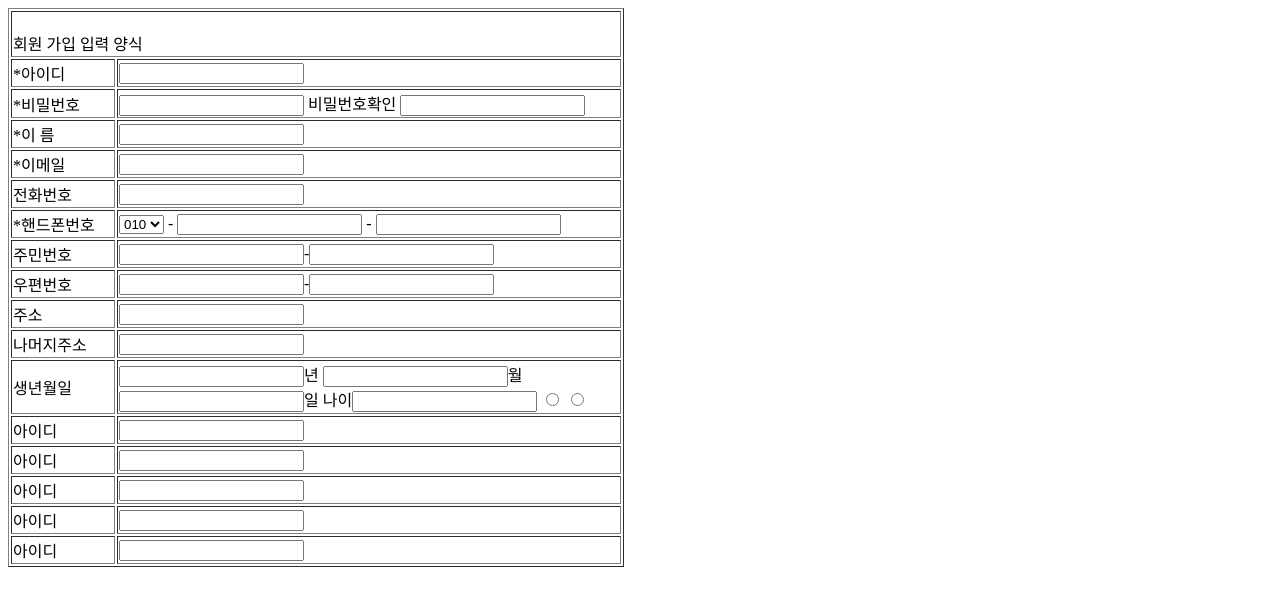
Repository: vkfkstptkd1/WebProgramming
Page: ch3_FormTag/WebContent/In_Form.html
The author's editor kept a copy of each file at every save. The page is drawn from the files as they stood at one save, then again after the next save.
The browser window is 1280 px wide. The pictures show the whole page.

Above is the page before, as saved 2021-03-20 04:19:14.

After the next save:
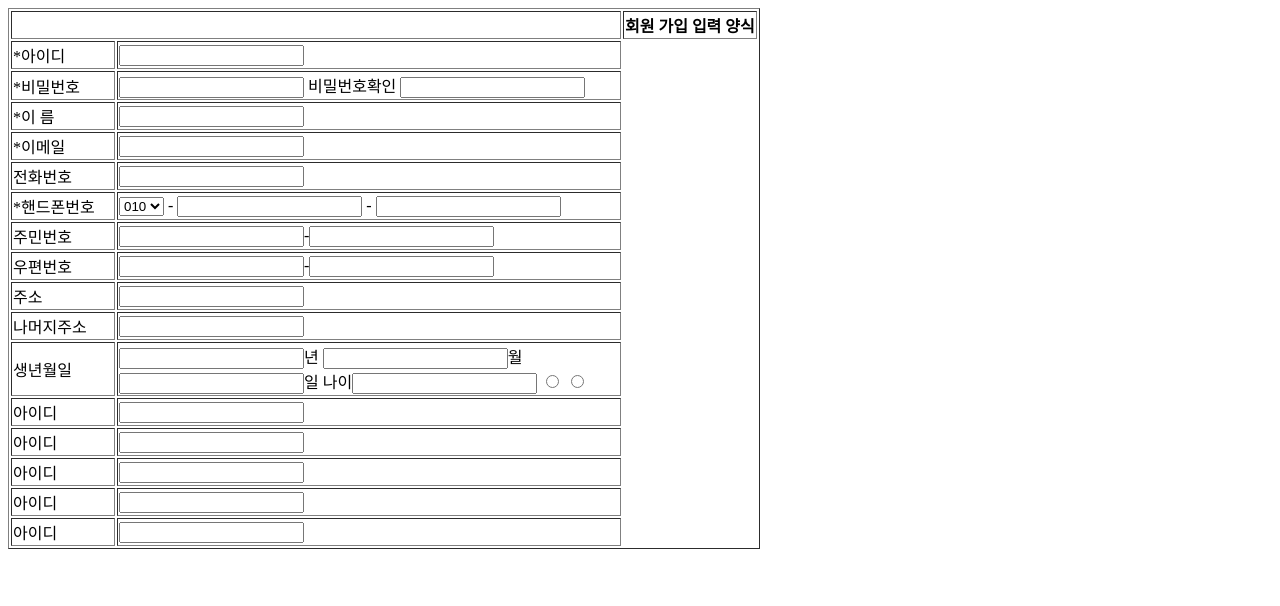
Saved 2 min 28 s later.
--- a/ch3_FormTag/WebContent/In_Form.html
+++ b/ch3_FormTag/WebContent/In_Form.html
@@ -7,7 +7,7 @@
 <body>
 <form action= "In_Form_ok.jsp" method="post">
 	<table border="1">
-	<tr><td colspan=2><br>회원 가입 입력 양식</td></tr><!--표제목  -->
+	<tr><td colspan=2><br><th>회원 가입 입력 양식</th></td></tr><!--표제목  -->
 	<tr><td width= "100"> *아이디</td>
 		<td width="500"> <input type="text" name="id"></td>
 	</tr>

After the save that followed:
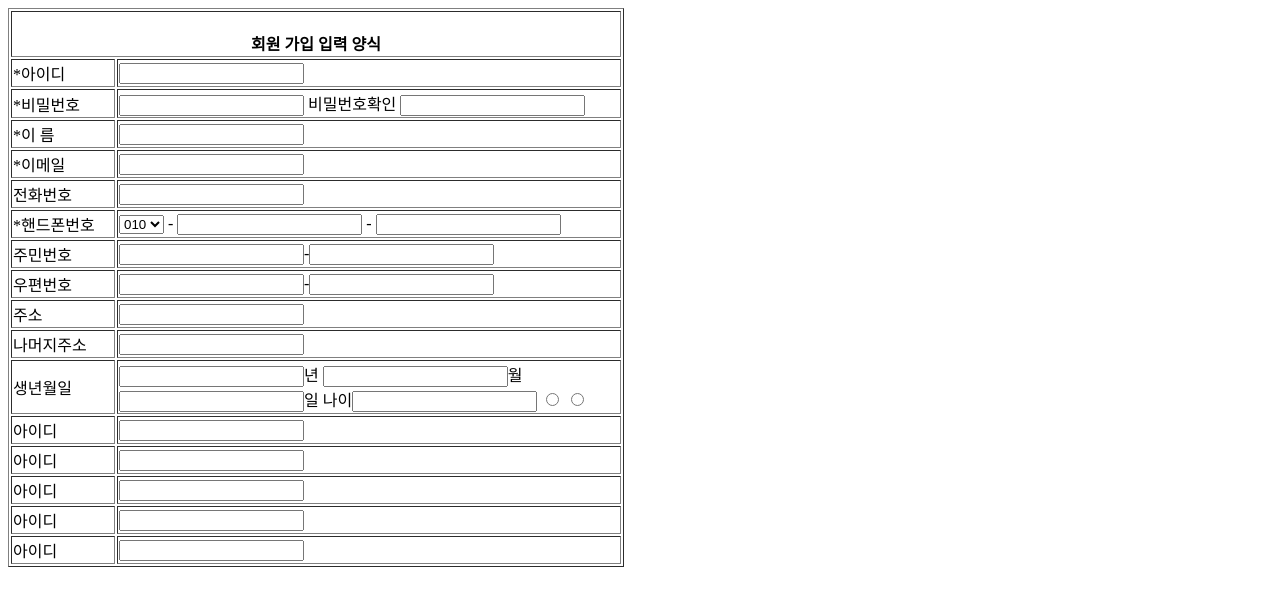
Saved 33 s later.
--- a/ch3_FormTag/WebContent/In_Form.html
+++ b/ch3_FormTag/WebContent/In_Form.html
@@ -7,7 +7,7 @@
 <body>
 <form action= "In_Form_ok.jsp" method="post">
 	<table border="1">
-	<tr><td colspan=2><br><th>회원 가입 입력 양식</th></td></tr><!--표제목  -->
+	<tr><th colspan=2><br>회원 가입 입력 양식</th></tr><!--표제목  -->
 	<tr><td width= "100"> *아이디</td>
 		<td width="500"> <input type="text" name="id"></td>
 	</tr>
